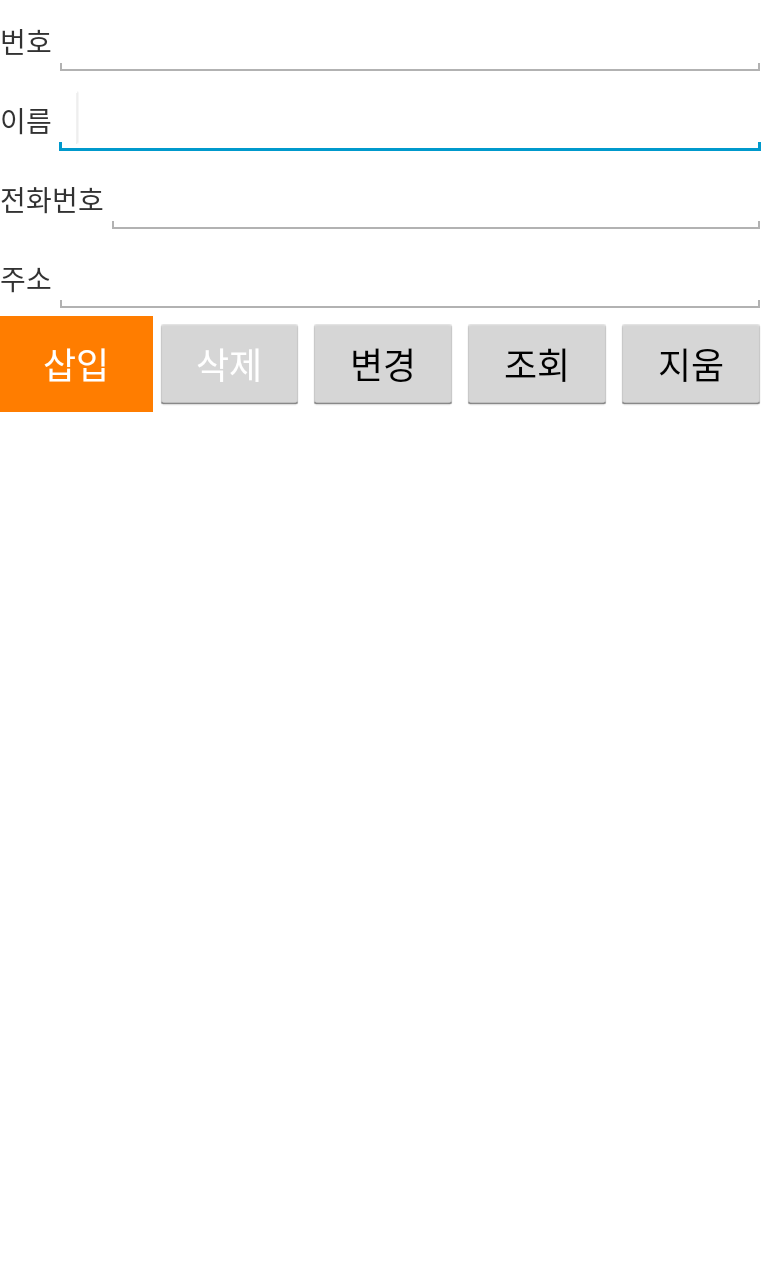
Repository: supremehappy/Android
Layout: MyFriendsBook/res/layout/activity_main.xml
The author's editor kept a copy of each file at every save. The layout is drawn from the files as they stood at one save, then again after the next save.
It is drawn on a 768 x 1280 px phone screen (xhdpi) without system bars, with theme AppTheme; the app's code is not run. Lists and similar views that code fills are empty.

Above is the layout before, as saved 2017-08-28 05:10:03.

After the next save:
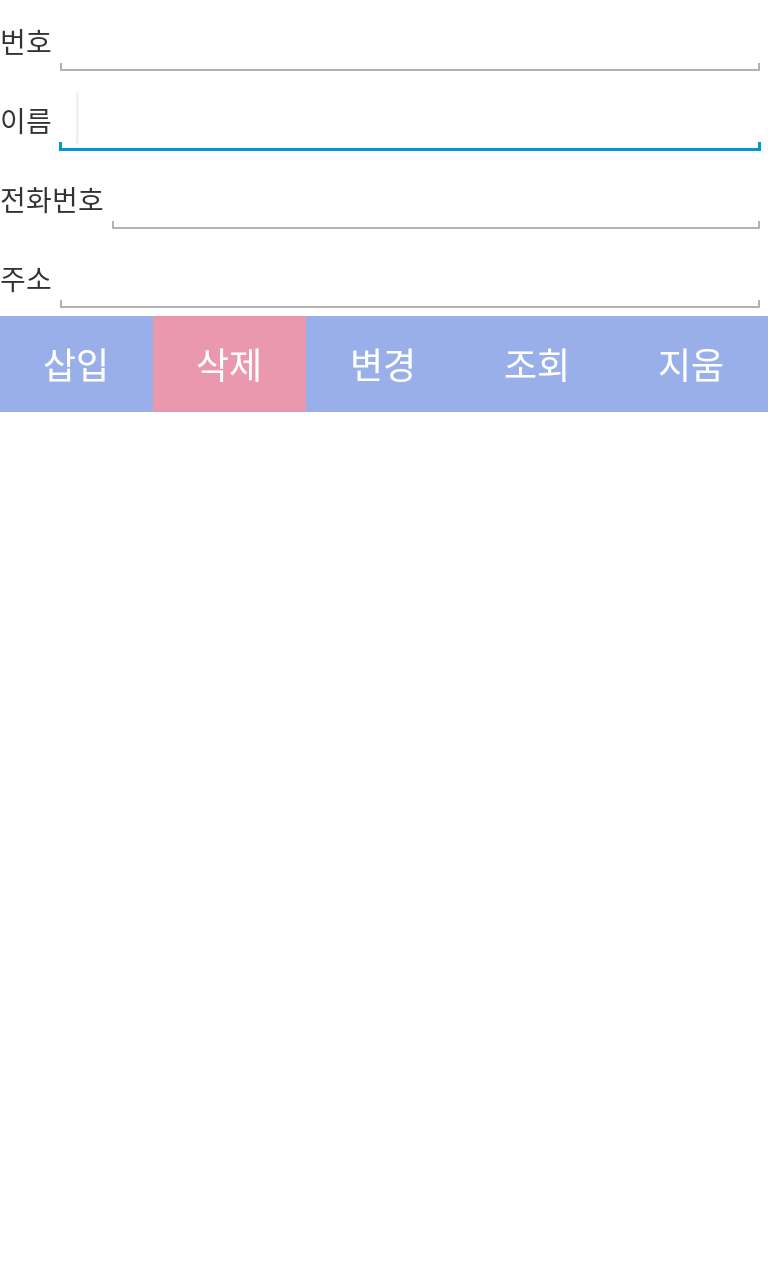
Saved 6 min 13 s later.
--- a/MyFriendsBook/res/layout/activity_main.xml
+++ b/MyFriendsBook/res/layout/activity_main.xml
@@ -94,7 +94,7 @@
             android:layout_width="wrap_content"
             android:layout_height="wrap_content"
             android:layout_weight="1"
-            android:background="#ff7d00"
+            android:background="#98afea"
             android:text="삽입"
             android:textColor="@android:color/white" />
 
@@ -103,6 +103,7 @@
             android:layout_width="wrap_content"
             android:layout_height="wrap_content"
             android:layout_weight="1"
+            android:background="#ea98ad"
             android:text="삭제"
             android:textColor="@android:color/white" />
 
@@ -111,21 +112,27 @@
             android:layout_width="wrap_content"
             android:layout_height="wrap_content"
             android:layout_weight="1"
-            android:text="변경" />
+            android:background="#98afea"
+            android:text="변경"
+            android:textColor="@android:color/white" />
 
         <Button
             android:id="@+id/btn_select"
             android:layout_width="wrap_content"
             android:layout_height="wrap_content"
             android:layout_weight="1"
-            android:text="조회" />
+            android:background="#98afea"
+            android:text="조회"
+            android:textColor="@android:color/white" />
 
         <Button
             android:id="@+id/btn_clear"
             android:layout_width="wrap_content"
             android:layout_height="wrap_content"
             android:layout_weight="1"
-            android:text="지움" />
+            android:background="#98afea"
+            android:text="지움"
+            android:textColor="@android:color/white" />
 
     </LinearLayout>
 
